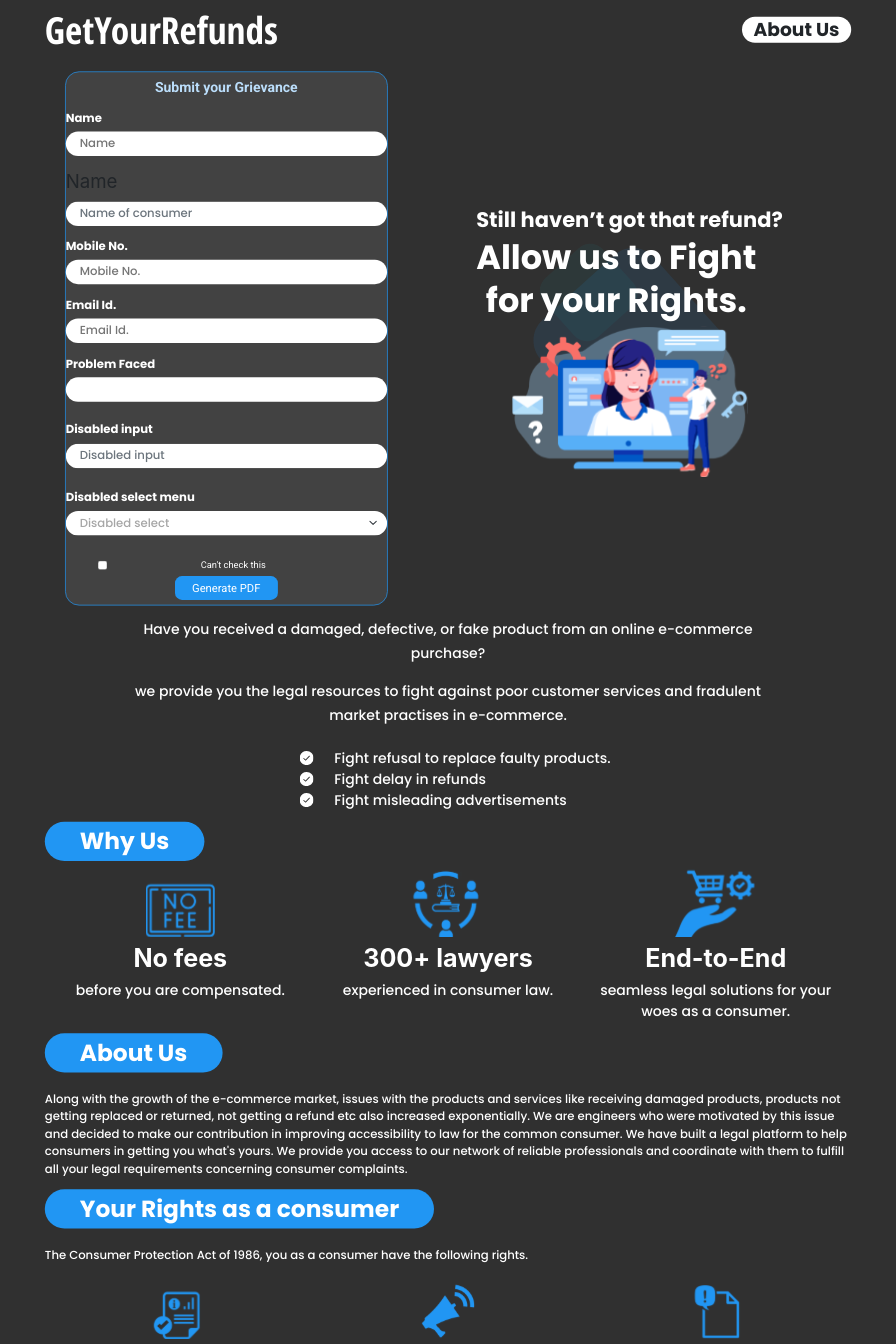
Repository: Eren00Yeager/initial-survey
Page: /consumer-complaints
These files come from the project's save history. The page is drawn as it stood at one moment and after the next save; the edit follows.
The browser window is 1280 px wide. The pictures show the part of the page from y = 0 to 1920 px (the page is 2984 px tall before and 2980 px after), at 70% of full size.
Some web fonts or font styles are not loaded; a fallback is used. The project was rebuilt for these pictures with package versions that can differ from the ones it lists, and the page was loaded fresh each time. The framework's server and built-in components were replaced by stand-ins that run in the browser. Also part of the build but not shown: next.config.js.

Above is the page before, as saved 2022-07-14 12:06:01.

After the next save:
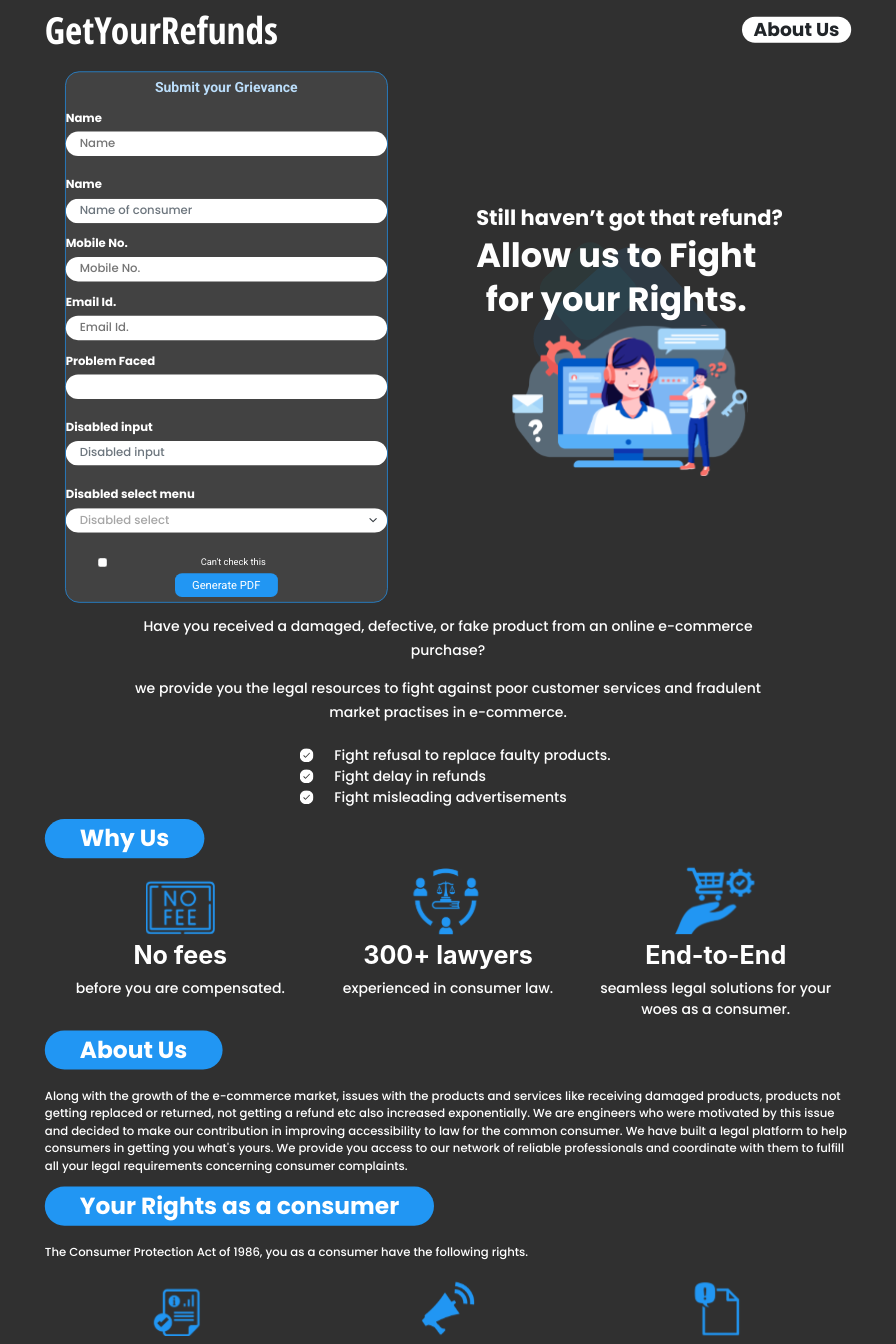
Saved 62 s later.
--- a/pages/consumer-complaints.jsx
+++ b/pages/consumer-complaints.jsx
@@ -124,7 +124,7 @@ export default function consumer() {
                     <input type="text" placeholder="Name" className={consumerStyles.plc} value={name} required onChange={(e) => setName(e.target.value)}></input>
                 </div>
                 <Form.Group className={consumerStyles.det} controlId="formBasicEmail">
-                    <Form.Label>Name</Form.Label>
+                    <Form.Label className={consumerStyles.nam}>Name</Form.Label>
                     <Form.Control className={consumerStyles.plc} type="text" placeholder="Name of consumer" />
                 </Form.Group>
                 <div className={consumerStyles.det}>
